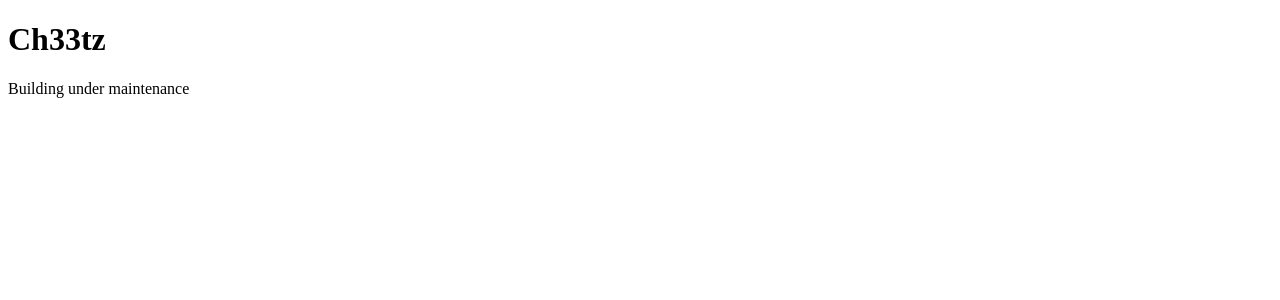
Repository: ivanmirandastavenuiter/jsp-raw-crud
Page: http://localhost/CH33TZ/ForwardTest
These files come from the project's save history. The page is drawn as it stood at one moment and after the next save; the edit follows.
The browser window is 1280 px wide. The pictures show the whole page.
The page is served by Tomcat 9.

Above is the page before, as saved 2020-05-10 13:14:50.

After the next save:
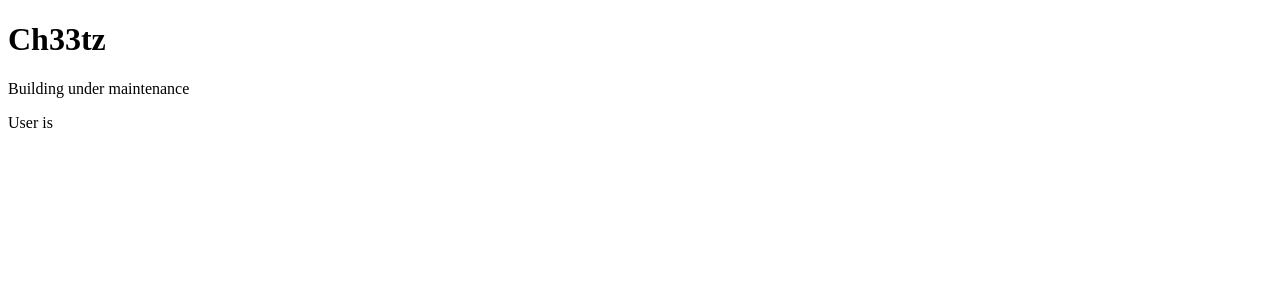
Saved 2 min 11 s later.
--- a/CH33TZ/WebContent/JSP/welcome.jsp
+++ b/CH33TZ/WebContent/JSP/welcome.jsp
@@ -13,5 +13,7 @@
 
 	<p>Building under maintenance</p>
 
+	<p>User is ${user.id}
+
 </body>
 </html>
